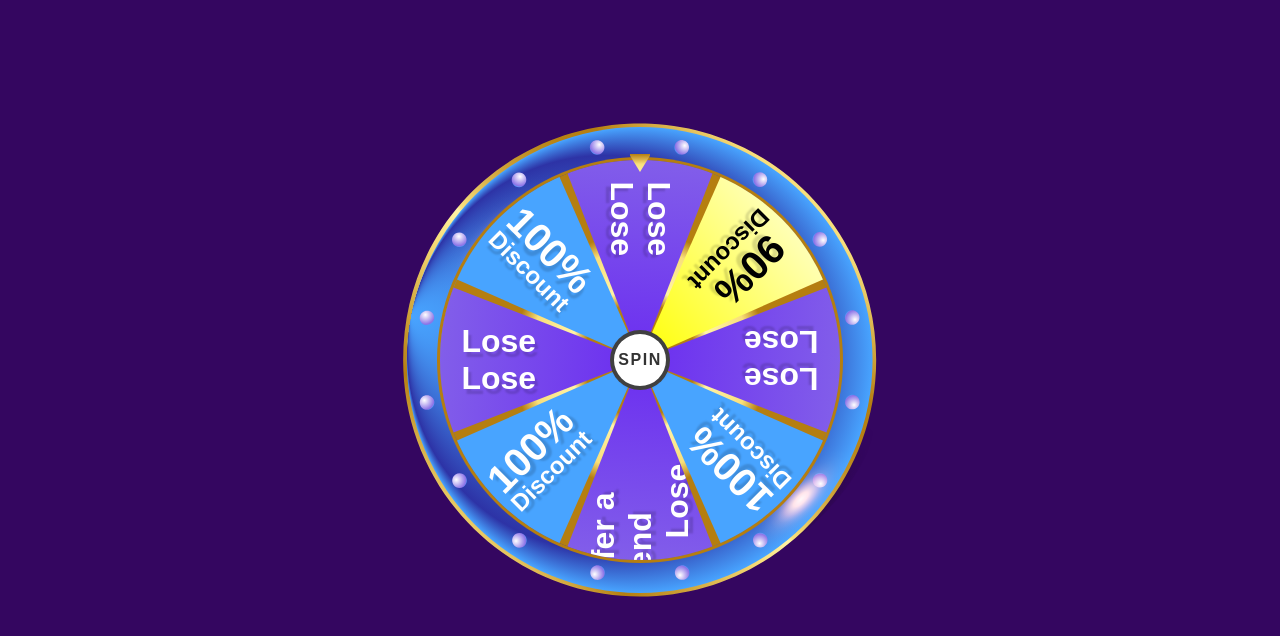
Repository: Jacques-Jaki-Morkel/FundedMarketplace_WheelofFortune
Page: index.html
The author's editor kept a copy of each file at every save. The page is drawn from the files as they stood at one save, then again after the next save.
The browser window is 1280 px wide. The pictures show the whole page.

Above is the page before, as saved 2025-08-14 14:19:23.

### index.html
<!DOCTYPE html>
<html lang="en">

<head>
    <meta charset="UTF-8">
    <meta name="viewport" content="width=device-width, initial-scale=1.0">
    <title>Wheel of Fortune - Funded Marketplace</title>
    <link rel="stylesheet" href="styles.css">
</head>

<body>
    <div class="container">
        <div class="spinBtn">
            SPIN
        </div>
        <img class="wheel-frame" src="assets/rings.svg" alt="wheel rings">
        <div class="wheel">
            <div class="number" style=" --i:1 ;">
                <span>
                    <div class="sliceTextGroup">
                        <h2 class="mediumSliceText">Lose</h2>
                        <h3 class="mediumSliceText">Lose</h3>
                    </div>
                </span>
            </div>
            <div class="number" style=" --i:2 ;--clr2: linear-gradient(var(--angle), white, yellow);">
                <span class="ulitmatePrize">
                    <div class="sliceTextGroup">
                        <h2 class="largeSliceText">90%</h2>
                        <h3 class="smallSliceText">Discount</h3>
                    </div>
                </span>
            </div>
            <div class="number" style=" --i:3 ;">
                <span>
                    <div class="sliceTextGroup">
                        <h2 class="mediumSliceText">Lose</h2>
                        <h3 class="mediumSliceText">Lose</h3>
                    </div>
                </span>
            </div>
            <div class="number"
                style=" --i:4 ;--clr2: linear-gradient(var(--angle), #8b72e7 0%, #48a4ff 7%, #48a4ff 89%,  #3638ad 100%);">
                <span>
                    <div class="sliceTextGroup">
                        <h2 class="largeSliceText">100%</h2>
                        <h3 class="smallSliceText">Discount</h3>
                    </div>
                </span>

            </div>
            <div class="number" style=" --i:5 ;">
                <span>
                    <div class="sliceTextGroup">
                        <h2 class="mediumSliceText">Refer a friend</h2>
                        <h3 class="mediumSliceText">Lose</h3>
                    </div>
                </span>

            </div>
            <div class="number"
                style=" --i:6 ;--clr2: linear-gradient(var(--angle), #8b72e7 0%, #48a4ff 7%, #48a4ff 89%,  #3638ad 100%);">
                <span>
                    <div class="sliceTextGroup">
                        <h2 class="largeSliceText">100%</h2>
                        <h3 class="smallSliceText">Discount</h3>
                    </div>
                </span>

            </div>
            <div class="number" style=" --i:7 ;">
                <span>
                    <div class="sliceTextGroup">
                        <h2 class="mediumSliceText">Lose</h2>
                        <h3 class="mediumSliceText">Lose</h3>
                    </div>
                </span>

            </div>
            <div class="number"
                style=" --i:8 ;--clr2: linear-gradient(var(--angle), #8b72e7 0%, #48a4ff 7%, #48a4ff 89%,  #3638ad 100%);">
                <span>
                    <div class="sliceTextGroup">
                        <h2 class="largeSliceText">100%</h2>
                        <h3 class="smallSliceText">Discount</h3>
                    </div>
                </span>

            </div>
        </div>
        <div>
            <script src="script.js"></script>
</body>

</html>

### styles.css
* {
    margin: 0;
    padding: 0;
    box-sizing: border-box;
    font-family: 'Poppins', sans-serif;
}

body {
    display: flex;
    justify-content: center;
    align-items: center;
    min-height: 100vh;
    background: rgb(52, 6, 96);
}

.container {
    position: relative;
    width: 400px;
    height: 400px;
    display: flex;
    justify-content: center;
    align-items: center;
}

.container .spinBtn {
    position: absolute;
    width: 60px;
    height: 60px;
    background: #fff;
    border-radius: 50%;
    z-index: 10;
    display: flex;
    justify-content: center;
    align-items: center;
    text-transform: uppercase;
    font-weight: 600;
    color: #333;
    letter-spacing: 0.1em;
    border: 4px solid rgba(0, 0, 0, 0.75);
    cursor: pointer;
    user-select: none;
}

.container .spinBtn::before {
    content: '';
    position: absolute;
    top: -180px;
    width: 20px;
    transform: rotate(180DEG);
    height: 30px;
    background: linear-gradient(#b57e10  ,#fff3a6 , #f9df7b , #b57e10 );
    clip-path: polygon(50% 40%, -5% 100%, 105% 100%);
}

.container .wheel {
    position: absolute;
    top: 50%;
    left: 50%;
    width: 100%;
    height: 100%;
    inset: 0;
    border-radius: 50%;
    overflow: hidden; /* keeps slices inside the wheel */
    z-index: 2; /* above frame */
    background: radial-gradient(#b57e10 20%, #fff3a6 25%, #f9df7b 39%, #b57e10 45%);
     box-shadow: 0 0 0 3px rgba(181, 126, 16, 1)


}

.wheel-frame {
    position: absolute;
    top: 50%;
    left: 50%;
    width: 170%; /* bigger than wheel */
    height: 170%;
    transform: translate(-50%, -50%);
    z-index: 1; /* behind the wheel */
    pointer-events: none; /* allows clicking wheel slices */
}


.container .wheel .number {
    position: absolute;
    width: 50%;
    height: 50%;
    background:var(--clr2, linear-gradient(var(--angle), #8b72e7, #6b2df0));
    --angle: 140deg;
    transform-origin: bottom right;
    transform: rotate(calc(45deg * var(--i)));
    clip-path: polygon(0 0, 56% 0, 100% 100%, 0 56%);
    display: flex;
    justify-content: center;
    align-items: center;
    user-select: none;
    cursor: pointer;
}

.container .wheel .number span {
    position: relative;
    transform: rotate(45deg);
    color: #fff;
    font-size: 2em;
    font-weight: 700;
    text-shadow: 3px 5px 2px rgba(0, 0, 0, 0.15);
}
.ulitmatePrize{
    position: relative;
    transform: rotate(45deg);
    color: #000 !important;
    font-size: 2em;
    font-weight: 700;
    text-shadow: 3px 5px 2px rgba(0, 0, 0, 0.15);
}
.sliceTextGroup {
    display: flex;
    flex-direction: column;
    align-items: center;
}
.smallSliceText {
    font-size: 0.75em;
}
.largeSliceText {
    font-size: 1.25em;
   line-height: 32px;
}
.mediumSliceText {
    font-size: 1em;

}

/* .container .wheel .number span::after {
    content: '$';
    padding-left: 5px;
    position: absolute;
    font-size: 0.75em;
    font-weight: 500;
} */

### script.js
const wheel = document.querySelector('.wheel');
const spinButton = document.querySelector('.spinBtn');
const value = Math.ceil(Math.random() * 360);

spinButton.addEventListener('click', () => {
    const rotations = Math.max(Math.random() * 100, 15); // Ensure at least 15 full rotations
    const randomDegree = Math.floor(Math.random() * (360*rotations)) + 720; // Ensure at least two full rotations
    const finalDegree = value + randomDegree;

    wheel.style.transition = 'transform 5s ease-in-out';
    wheel.style.transform = `rotate(${finalDegree}deg)`;

//     spin styles
//     cubic-bezier(0.33, 1, 0.68, 1)
})

After the next save:
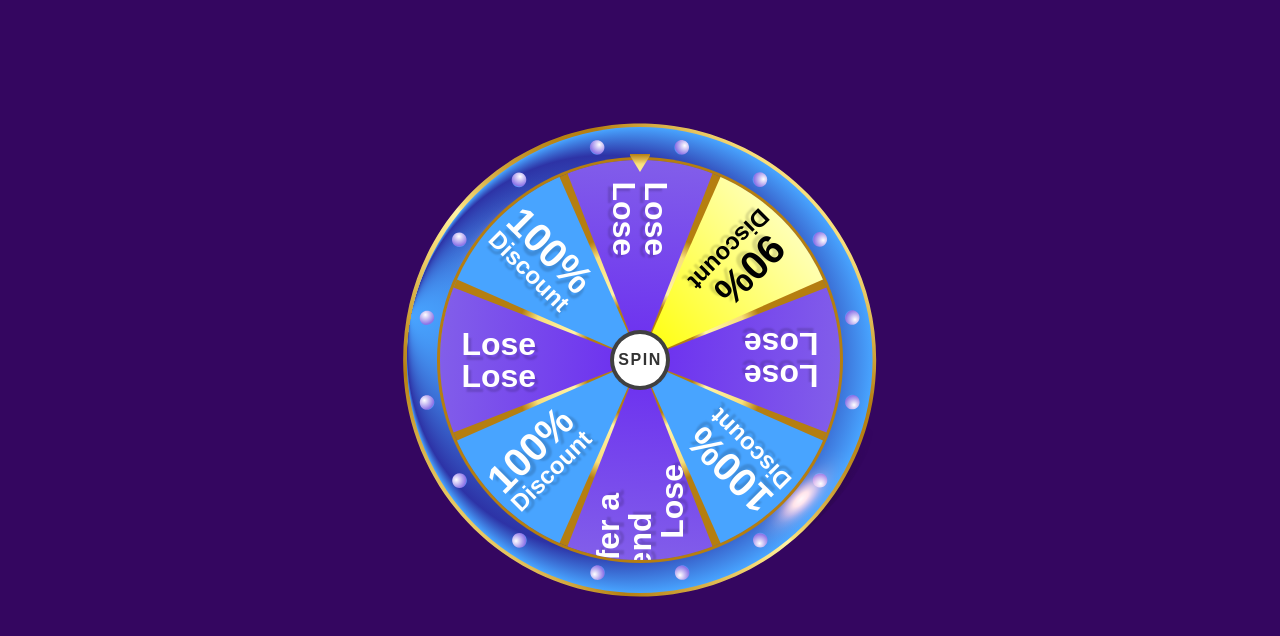
Saved 11 s later.
--- a/styles.css
+++ b/styles.css
@@ -126,6 +126,7 @@ body {
 }
 .mediumSliceText {
     font-size: 1em;
+    line-height: 32px;
 
 }
 
